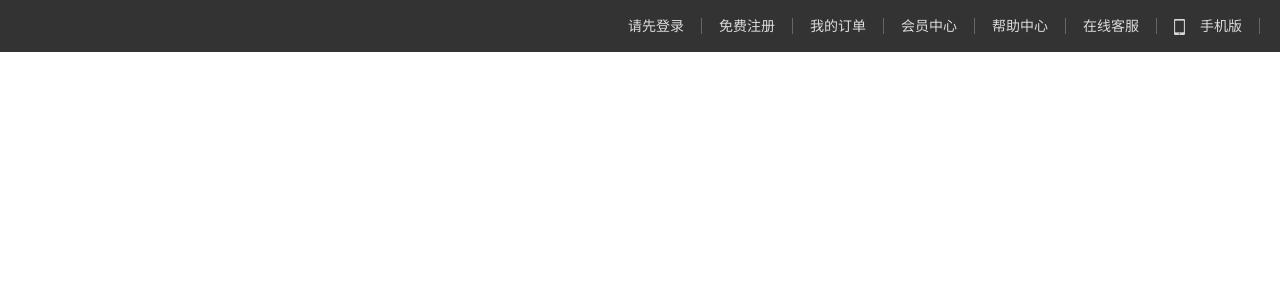
Repository: DengBiHua/xtx_pc_client
Page: index.html
These files come from the project's save history. The page is drawn as it stood at one moment and after the next save; the edit follows.
The browser window is 1280 px wide. The pictures show the whole page.

Above is the page before, as saved 2022-04-16 10:45:12.

After the next save:
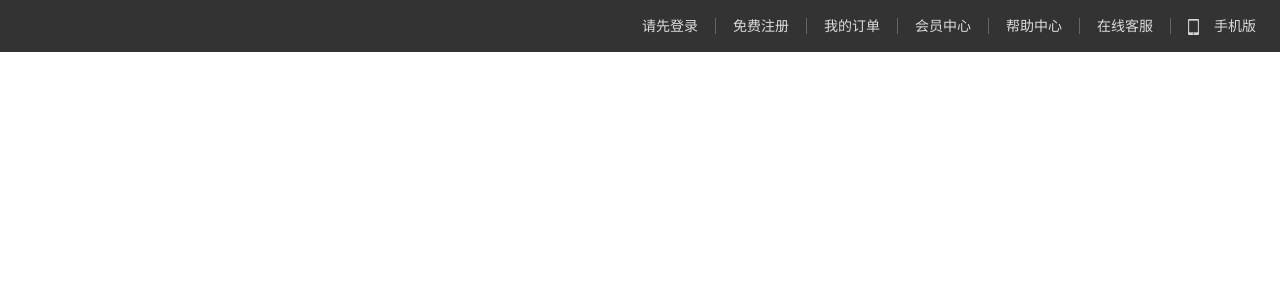
Saved 60 s later.
--- a/css/common.css
+++ b/css/common.css
@@ -38,6 +38,7 @@
     vertical-align: middle;
 }
 
-.header .wrapper ul:last-child {
+.header .wrapper li:last-child a {
     border: none;
+    padding-right: 4px;
 }
